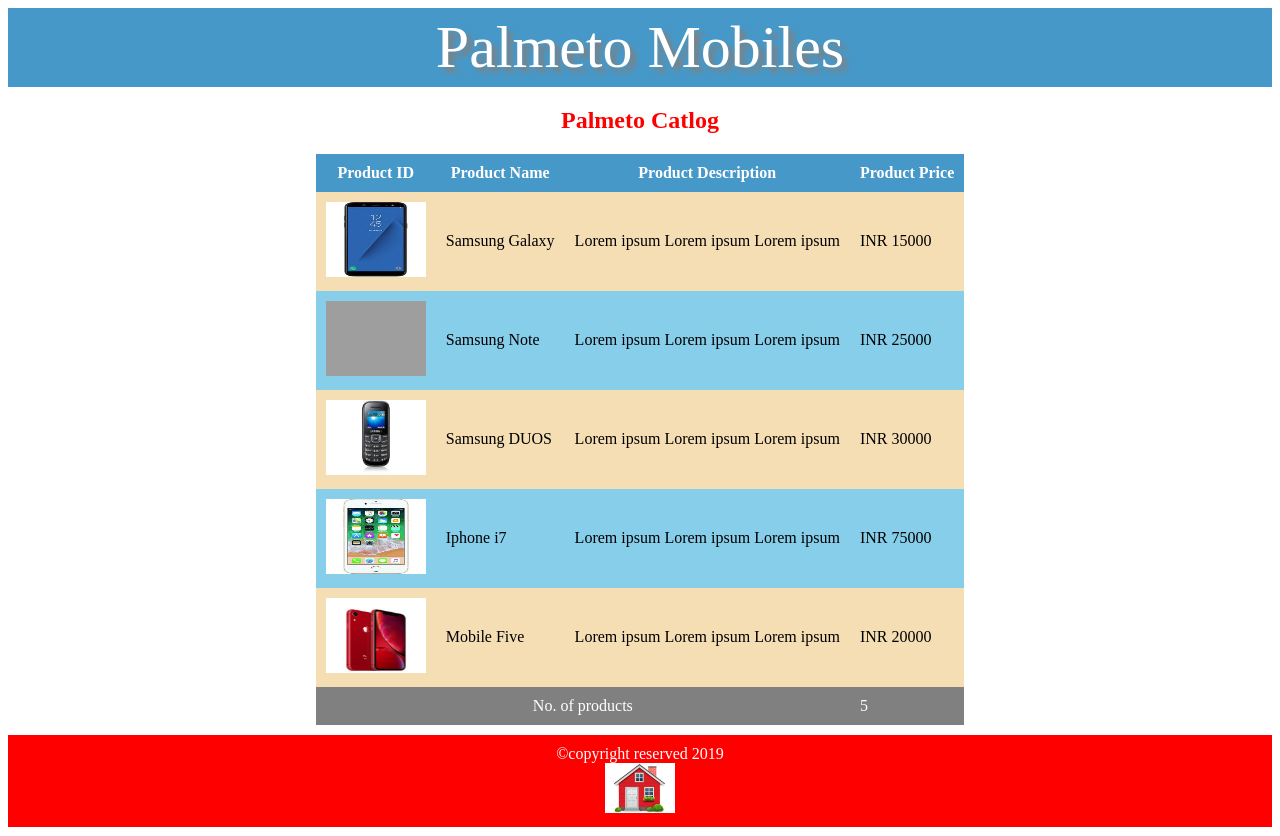
Repository: abhishekj720/HSBCLearn
Page: gagan/JEE/HtmlCssDemo/WebContent/Catlog.html
An editor plug-in stored every save of this project. The page is shown before and after the next save, followed by the edit.
The browser window is 1280 px wide. The pictures show the whole page.
Pictures or frames that could not be fetched are drawn as grey boxes.

Above is the page before, as saved 2019-07-29 08:05:37.

After the next save:
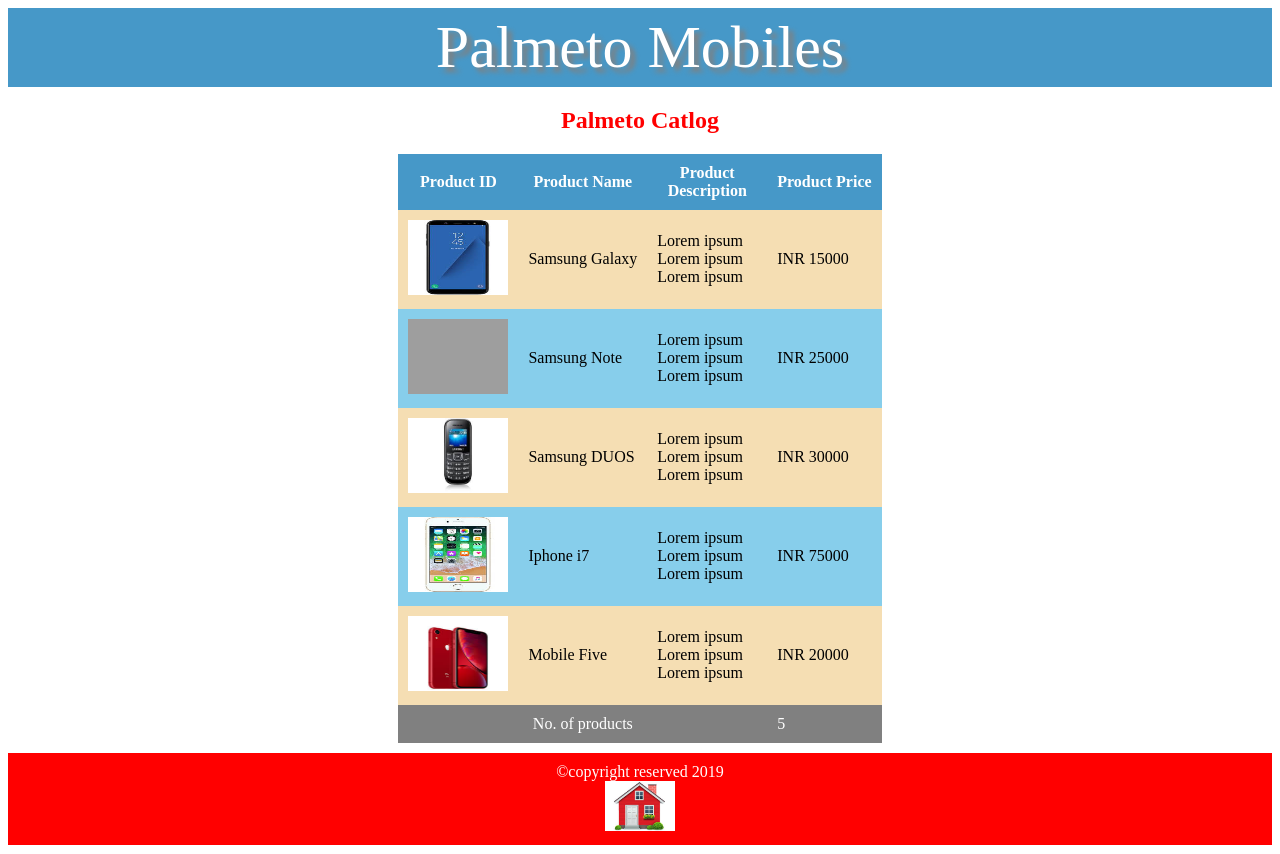
Saved 49 s later.
--- a/gagan/JEE/HtmlCssDemo/WebContent/Catlog.html
+++ b/gagan/JEE/HtmlCssDemo/WebContent/Catlog.html
@@ -31,35 +31,35 @@
 	<tr>
 	<td><img src = "images/mobile1.jpg"/></td>
 	<td>Samsung Galaxy</td>
-	<td>Lorem ipsum Lorem ipsum Lorem ipsum</td>
+	<td class = "desc">Lorem ipsum Lorem ipsum Lorem ipsum</td>
 	<td>INR 15000</td>
 	</tr>
 
 	<tr>
 	<td><img src = "images/mobile2.jpg"/></td>
 	<td>Samsung Note</td>
-	<td>Lorem ipsum Lorem ipsum Lorem ipsum</td>
+	<td class = "desc">Lorem ipsum Lorem ipsum Lorem ipsum</td>
 	<td>INR 25000</td>
 	</tr>
 
 	<tr>
 	<td><img src = "images/mobile3.jpg"/></td>
 	<td>Samsung DUOS</td>
-	<td>Lorem ipsum Lorem ipsum Lorem ipsum</td>
+	<td class = "desc">Lorem ipsum Lorem ipsum Lorem ipsum</td>
 	<td>INR 30000</td>
 	</tr>
 
 	<tr>
 	<td><img src = "images/mobile4.jpg"/></td>
 	<td>Iphone i7</td>
-	<td>Lorem ipsum Lorem ipsum Lorem ipsum</td>
+	<td class = "desc">Lorem ipsum Lorem ipsum Lorem ipsum</td>
 	<td>INR 75000</td>
 	</tr>
 
 	<tr>
 	<td><img src = "images/mobile5.jpg"/></td>
 	<td>Mobile Five</td>
-	<td>Lorem ipsum Lorem ipsum Lorem ipsum</td>
+	<td class = "desc">Lorem ipsum Lorem ipsum Lorem ipsum</td>
 	<td>INR 20000</td>
 	</tr>
 
